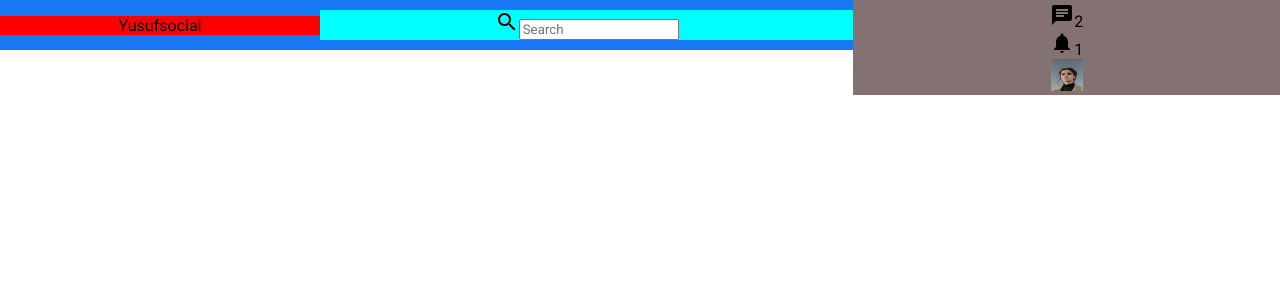
Repository: sevilgenysf/socialmediaapp
Page: /
The author's editor kept a copy of each file at every save. The page is drawn from the files as they stood at one save, then again after the next save.
The browser window is 1280 px wide. The pictures show the whole page.
The project was rebuilt for these pictures with package versions that can differ from the ones it lists, and the page was loaded fresh each time.

Above is the page before, as saved 2022-02-16 13:16:47.

### public/index.html
<!DOCTYPE html>
<html lang="en">

<head>
	<meta charset="utf-8" />
	<meta name="viewport" content="width=device-width, initial-scale=1" />
	<meta name="description" content="Web site created using create-react-app" />
	<link href="https://fonts.googleapis.com/css2?family=Roboto:ital,wght@0,300;0,400;0,700;1,500&display=swap"
		rel="stylesheet">
	<link rel="stylesheet" href="style.css">
	<title>Social App</title>
</head>

<body>
	<noscript>You need to enable JavaScript to run this app.</noscript>
	<div id="root"></div>
</body>

</html>

### src/App.js
import React from 'react';
import Home from './pages/home/Home';
import './App.css';

function App() {
	return (
		<div className="App">
			<Home />
		</div>
	);
}

export default App;

### src/pages/home/Home.js
import React from 'react';
import Topbar from '../../components/topbar/Topbar';

const Home = () => {
	return (
		<div>
			<Topbar />
		</div>
	);
};

export default Home;

### src/components/topbar/Topbar.jsx
import React from 'react';
import './topbar.css';
import { Search, Person, Chat, Notifications } from '@mui/icons-material';

const Topbar = () => {
	return (
		<div className="topbarContainer">
			<div className="topbarLeft">
				<span className="logo">Yusufsocial</span>
			</div>
			<div className="topbarCenter">
				<div className="searchbar">
					<Search />
					<input type="text" placeholder="Search" className="searchInput" />
				</div>
			</div>
			<div className="topbarRight">
				<div className="topbarLink">
					<span className="topbarLink">Home</span>
					<span className="topbarLink">Timeline</span>
				</div>
				<div className="topbarIcons">
					<div className="topbarIconItem">
						<Person />
						<span className="topbarIconBadge">1</span>
					</div>
					<div className="topbarIconItem">
						<Chat />
						<span className="topbarIconBadge">2</span>
					</div>
					<div className="topbarIconItem">
						<Notifications />
						<span className="topbarIconBadge">1</span>
					</div>
				</div>
				<img src="/assets/person/1.jpeg" alt="" className="topbarImg" />
			</div>
		</div>
	);
};

export default Topbar;

### src/components/topbar/topbar.css
.topbarContainer {
	height: 50px;
	width: 100%;
	background-color: #1877f2;
	display: flex;
	align-items: center;
	position: sticky;
	top: 0;
}

.topbarLeft {
	flex: 3;
	background-color: red;
}

.topbarCenter {
	flex: 5;
	background-color: aqua;
}

.topbarRight {
	flex: 4;
	background-color: rgb(132, 114, 114);
}

.topbarImg {
	width: 32px;
	height: 32px;
}

### public/style.css
* {
	margin: 0;
	font-family: 'Roboto', sans-serif ;
}

Loaded but not shown: src/index.js (common file); src/index.css (common file); src/App.css (common file)

After the next save:
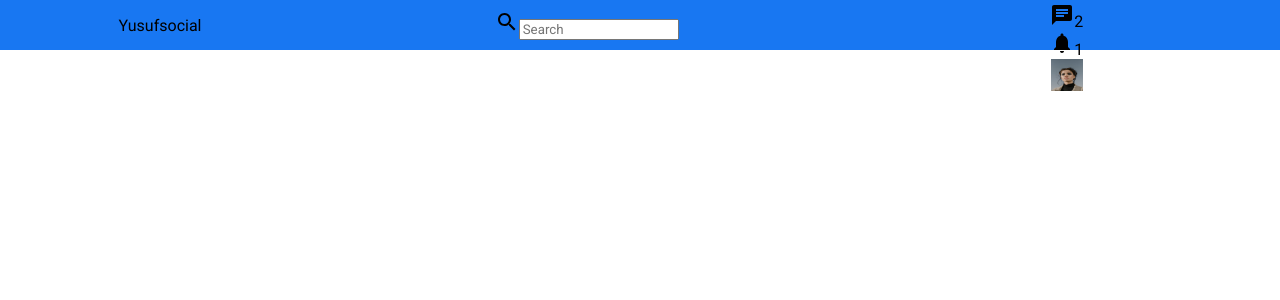
Saved 30 s later.
--- a/src/components/topbar/topbar.css
+++ b/src/components/topbar/topbar.css
@@ -10,17 +10,14 @@
 
 .topbarLeft {
 	flex: 3;
-	background-color: red;
 }
 
 .topbarCenter {
 	flex: 5;
-	background-color: aqua;
 }
 
 .topbarRight {
 	flex: 4;
-	background-color: rgb(132, 114, 114);
 }
 
 .topbarImg {
